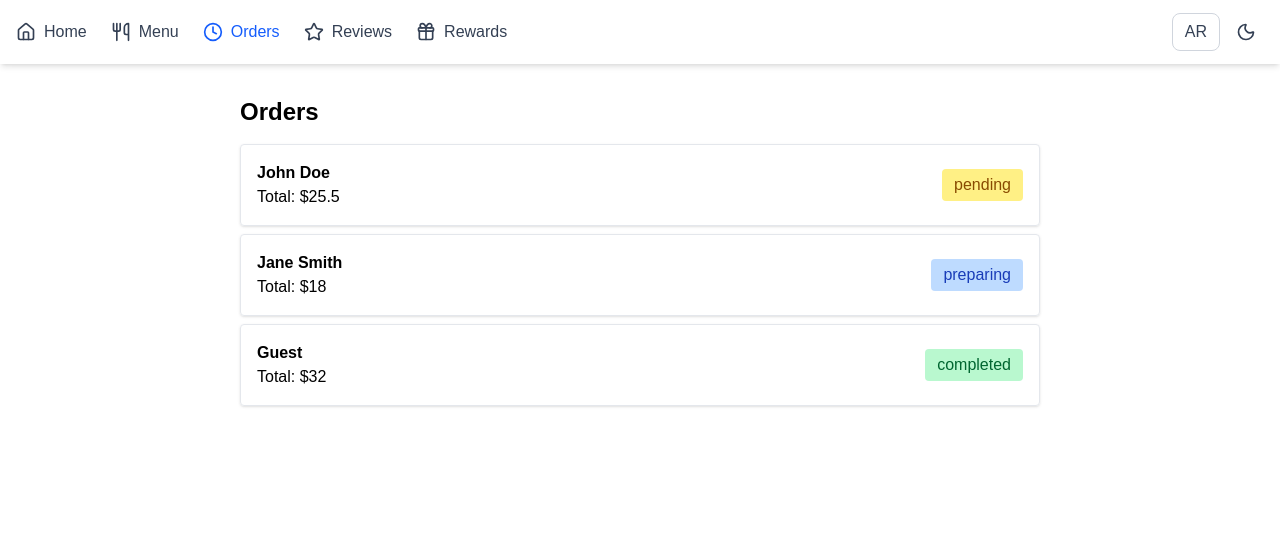
Repository: GraduationMERN/restaurant-system
Page: /orders (app in client/)
The author's editor kept a copy of each file at every save. The page is drawn from the files as they stood at one save, then again after the next save.
The browser window is 1280 px wide. The pictures show the whole page.
The project was rebuilt for these pictures with package versions that can differ from the ones it lists, and the page was loaded fresh each time. Also part of the build but not shown: client/vite.config.js, client/src/pages/ReviewsPage.jsx, client/src/pages/LandingPage.jsx, client/src/pages/RewardPage.jsx, client/src/components/ui/badge/Badge.jsx, client/src/components/ecommerce/EcommerceMetrics.jsx, client/src/components/ui/dropdown/Dropdown.jsx, client/src/components/ui/dropdown/DropdownItem.jsx and 30 more. Imported but missing from the stored project, and not drawn on this page: client/src/components/form/input/InputField, client/src/pages/admin/UserProfiles.

Above is the page before, as saved 2025-11-29 02:12:01.

After the next save:
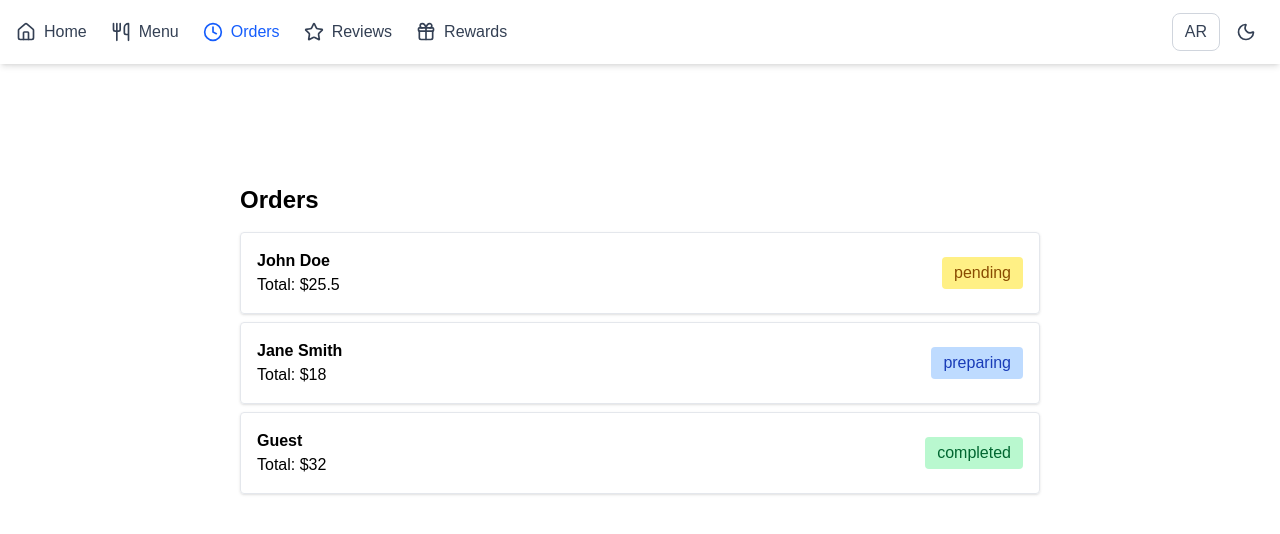
Saved 2 min 5 s later.
--- a/client/src/components/Layout.jsx
+++ b/client/src/components/Layout.jsx
@@ -12,7 +12,7 @@ export default function Layout({ children }) {
       {!isAdmin && <DesktopNav />}
 
       {/* Main content */}
-      <div className={`w-full flex justify-center ${!isAdmin ? "pt-20 pb-20 md:pb-4" : ""}`}>
+      <div className={`w-full flex justify-center ${!isAdmin ? "pt-[calc(10vh+6rem)] pb-20 md:pb-4" : ""}`}>
         <div className="w-full max-w-xl px-4 md:max-w-4xl md:px-8">
           {children}
         </div>
